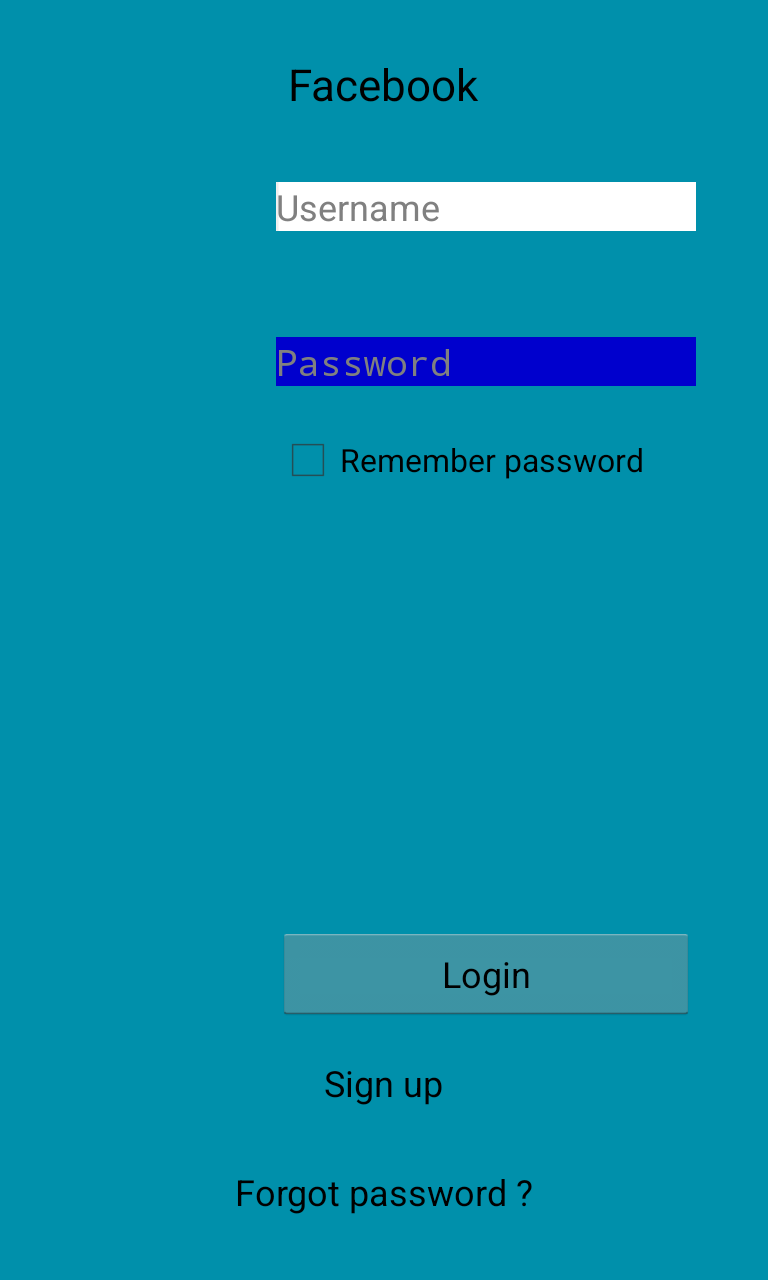
Repository: bharatpu/AndroidProject
Layout: Login/res/layout/manactivity.xml
The author's editor kept a copy of each file at every save. The layout is drawn from the files as they stood at one save, then again after the next save.
It is drawn on a 768 x 1280 px phone screen (xhdpi) without system bars, with theme AppTheme; the app's code is not run.

Above is the layout before, as saved 2016-02-01 05:28:45.

### Login/res/layout/manactivity.xml
<?xml version="1.0" encoding="utf-8"?>
<RelativeLayout xmlns:android="http://schemas.android.com/apk/res/android"
    android:layout_width="match_parent"
    android:background="#0090AB"
    android:layout_height="match_parent" >

    <TextView
        android:id="@+id/textViewSignup"
        android:layout_width="wrap_content"
        android:layout_height="wrap_content"
        android:layout_above="@+id/textView2"
        android:layout_centerHorizontal="true"
        android:layout_marginBottom="30dp"
        android:text="Sign up"
        android:textAppearance="?android:attr/textAppearanceMedium" />

    <CheckBox
        android:id="@+id/checkBoxRememberpass"
        android:layout_width="wrap_content"
        android:layout_height="wrap_content"
        android:layout_alignLeft="@+id/editTextpassword"
        android:layout_below="@+id/editTextpassword"
        android:layout_marginTop="21dp"
        android:text="Remember password" />

    <EditText
        android:id="@+id/editTextpassword"
        android:layout_width="wrap_content"
        android:layout_height="wrap_content"
        android:layout_alignParentRight="true"
        android:layout_below="@+id/editTextusername"
        android:layout_marginRight="36dp"
        android:layout_marginTop="53dp"
        android:background="#FF0000CD"
        android:ems="10"
        android:hint="Password"
        android:inputType="textPassword" />

    <TextView
        android:id="@+id/textView2"
        android:layout_width="wrap_content"
        android:layout_height="wrap_content"
        android:layout_alignParentBottom="true"
        android:layout_centerHorizontal="true"
        android:layout_marginBottom="32dp"
        android:text="Forgot password ?"
        android:textAppearance="?android:attr/textAppearanceMedium" />

    <Button
        android:id="@+id/buttonLogin"
        android:layout_width="wrap_content"
        android:layout_height="wrap_content"
        android:layout_above="@+id/textViewSignup"
        android:layout_alignLeft="@+id/checkBoxRememberpass"
        android:layout_alignRight="@+id/editTextusername"
        android:layout_marginBottom="18dp"
        android:text="Login" />

    <EditText
        android:id="@+id/editTextusername"
        android:layout_width="wrap_content"
        android:layout_height="wrap_content"
        android:layout_alignLeft="@+id/editTextpassword"
        android:layout_alignParentTop="true"
        android:layout_marginTop="91dp"
        android:background="#ffffff"
        android:ems="10"
        android:hint="Username" >

        <requestFocus />
    </EditText>

    <TextView
        android:id="@+id/textView1"
        android:layout_width="wrap_content"
        android:layout_height="wrap_content"
        android:layout_alignParentTop="true"
        android:layout_centerHorizontal="true"
        android:layout_marginTop="27dp"
        android:text="Facebook"
        android:textAppearance="?android:attr/textAppearanceLarge"
        />

</RelativeLayout>

Loaded but not shown: Login/res/values/styles.xml (common file); Login/res/values-v11/styles.xml (common file); Login/res/values-v14/styles.xml (common file)

After the next save:
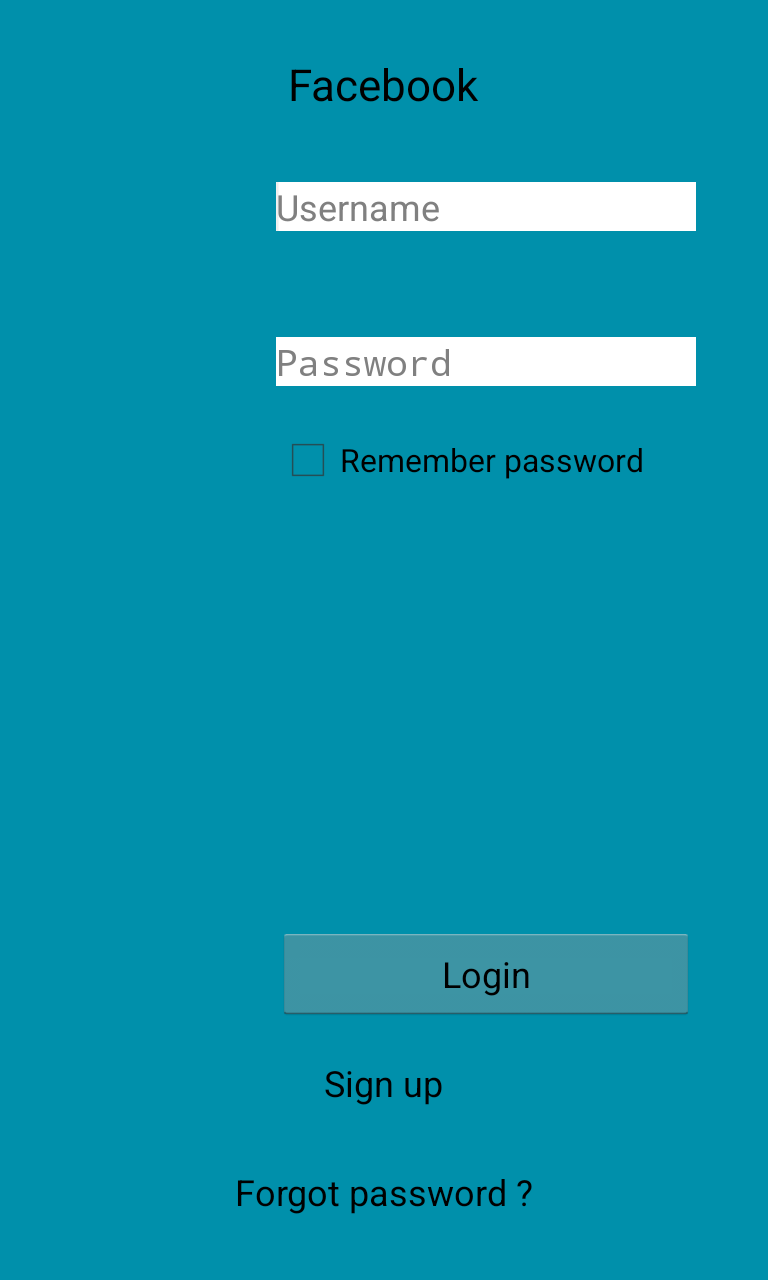
Saved 67 s later.
--- a/Login/res/layout/manactivity.xml
+++ b/Login/res/layout/manactivity.xml
@@ -31,7 +31,7 @@
         android:layout_below="@+id/editTextusername"
         android:layout_marginRight="36dp"
         android:layout_marginTop="53dp"
-        android:background="#FF0000CD"
+        android:background="#ffffff"
         android:ems="10"
         android:hint="Password"
         android:inputType="textPassword" />
